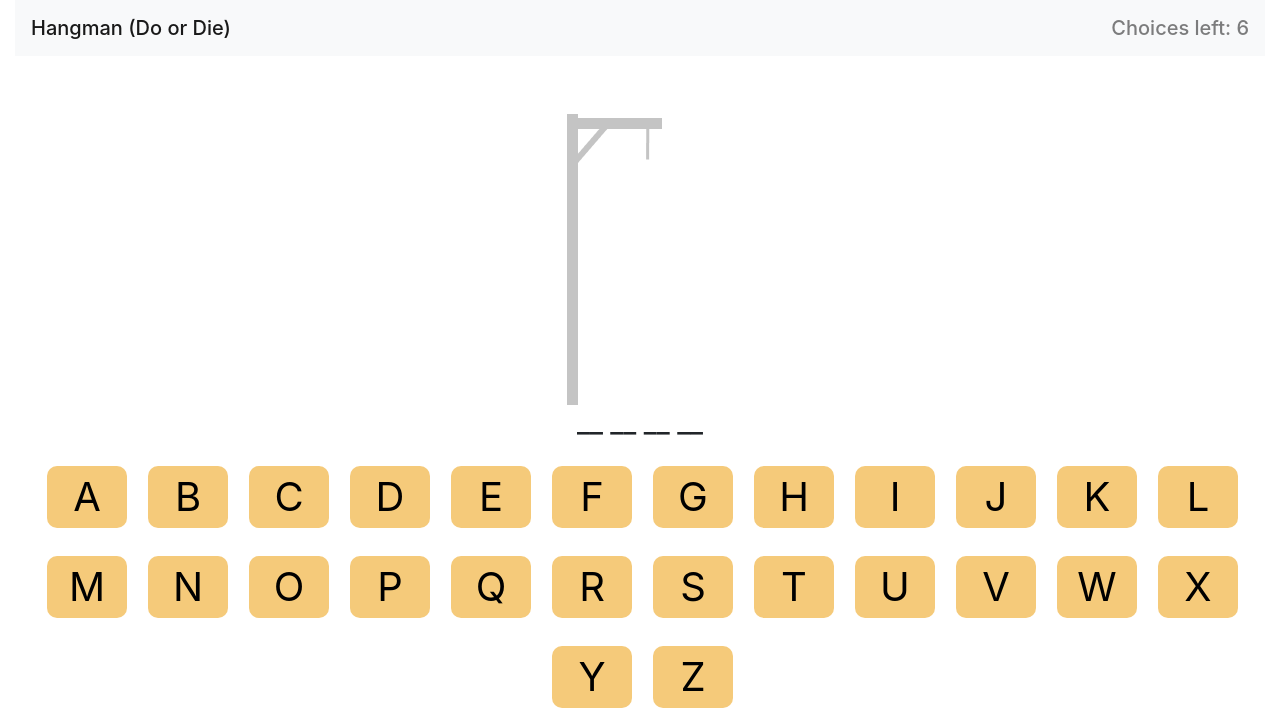
Repository: jatinhchanchlani/hangman
Page: /
An editor plug-in stored every save of this project. The page is shown before and after the next save, followed by the edit.
The browser window is 1280 px wide. The pictures show the whole page.
The project was rebuilt for these pictures with package versions that can differ from the ones it lists, and the page was loaded fresh each time. Also part of the build but not shown: src/App.css, src/components/playAgain.jsx.

Above is the page before, as saved 2020-10-25 21:07:50.

### src/index.js
import React from 'react';
import ReactDOM from 'react-dom';
import './index.css';
import App from './App';
import * as serviceWorker from './serviceWorker';
import 'bootstrap/dist/css/bootstrap.css';

ReactDOM.render( <
  React.StrictMode >
  <
  App / >
  <
  /React.StrictMode>,
  document.getElementById('root')
);

// If you want your app to work offline and load faster, you can change
// unregister() to register() below. Note this comes with some pitfalls.
// Learn more about service workers: https://bit.ly/CRA-PWA
serviceWorker.unregister();

### src/App.js
import React from 'react';
import './App.css';
import Game from './components/game';

function App() {
  return ( <
    Game / >
  );
}

export default App;

### src/components/game.jsx
import React, { Component } from "react";
import Header from "./header";
import PlayAgain from "./playAgain";
import { getOutputCharacters } from "../model/cities";
import OutputCharacters from "./outputCharacters";
import Hangman from "./image";
import InputCharacters from "./inputCharacters";

const MAX_CHOICES = 6;

class Game extends Component {
  state = {
    maxChoices: MAX_CHOICES,
    choicesLeft: MAX_CHOICES,
    outputCharacters: getOutputCharacters(),
    inputCharacters: this.getAllLetters(),
  };

  render() {
    return (
      <div className="container-fluid">
        <Header choicesLeft={this.state.choicesLeft} />

        <div className="text-center">
          <Hangman
            choicesLeft={this.state.choicesLeft}
            maxChoices={this.state.maxChoices}
          />
        </div>

        <div className="text-center">
          <OutputCharacters
            characters={this.state.outputCharacters}
            gameLost={this.gameLost()}
          />
        </div>

        <div className="text-center">
          <InputCharacters
            characters={this.state.inputCharacters}
            onClick={(character) => this.handleInputCharacterClicked(character)}
            gameWon={this.gameWon()}
            gameLost={this.gameLost()}
          />

          <PlayAgain
            gameWon={this.gameWon()}
            gameLost={this.gameLost()}
            onClick={() => this.handleReset()}
          />
        </div>
      </div>
    );
  }

  handleInputCharacterClicked(character) {
    if (character.canClick) {
      const { outputCharacters, inputCharacters, choicesLeft } = this.state;
      outputCharacters
        .filter((c) => c.value.toUpperCase() === character.value)
        .map((c) => (c.guessed = true));

      const letterMatch = outputCharacters.some(
        (c) => c.value.toUpperCase() === character.value
      );

      const choices = letterMatch ? choicesLeft : choicesLeft - 1;

      const l = inputCharacters.indexOf(character);
      inputCharacters[l].canClick = false;
      this.setState({
        choicesLeft: choices,
        inputCharacters: inputCharacters,
        outputCharacters: outputCharacters,
      });
    }
  }

  gameWon() {
    return this.state.outputCharacters.every((c) => c.guessed === true);
  }

  gameLost() {
    return this.state.choicesLeft === 0;
  }

  handleReset() {
    this.setState({
      maxChoices: MAX_CHOICES,
      choicesLeft: MAX_CHOICES,
      outputCharacters: getOutputCharacters(),
      inputCharacters: this.getAllLetters(),
    });
  }

  getAllLetters() {
    return Array(26)
      .fill()
      .map((_, index) => String.fromCharCode("A".charCodeAt(0) + index))
      .map((char) => ({ value: char, canClick: true }));
  }
}

export default Game;

### src/components/header.jsx
import React, { Component } from "react";

class Header extends Component {
  render() {
    return (
      <nav className="navbar navbar-light bg-light d-flex flex-column flex-sm-row">
        <span className="navbar-brand mb-0 h1">Hangman (Do or Die)</span>
        <span className="mb-0 h5 navbar-text nav-item">
          Choices left: {this.props.choicesLeft}
        </span>
      </nav>
    );
  }
}

export default Header;

### src/model/cities.js
const MIN = 0;
const MAX = 24;

const cities = {
    0: "Mumbai",
    1: "New Delhi",
    2: "Chennai",
    3: "Hyderabad",
    4: "Bengaluru",
    5: "Ahmedabad",
    6: "Jaipur",
    7: "Kolkata",
    8: "Lucknow",
    9: "Bhopal",
    10: "Chandigarh",
    11: "Patna",
    12: "Jabalpur",
    13: "Pune",
    14: "Surat",
    15: "Indore",
    16: "Kanpur",
    17: "Visakhapatnam",
    18: "Agra",
    19: "Varanasi",
    20: "Amritsar",
    21: "Udaipur",
    22: "Noida",
    23: "Ludhiana",
    24: "Gwalior",
}

// Returns a random number between min and max. Min and max are both inclusive
export function getRandomIntInclusive(min, max) {
    min = Math.ceil(min);
    max = Math.floor(max);
    return Math.floor(Math.random() * (max - min + 1) + min);
}

export function getOutputCharacters() {
    const city = cities[getRandomIntInclusive(MIN, MAX)];
    return [...city].map(c => ({
        value: c,
        guessed: false
    }));
}

### src/components/outputCharacters.jsx
import React, { Component } from "react";

class OutputCharacters extends Component {
  render() {
    const { characters, gameLost } = this.props;
    console.log(characters);
    return (
      <React.Fragment>
        <h3>{characters.map((c) => this.getCharacter(c, gameLost))}</h3>
      </React.Fragment>
    );
  }

  getCharacter(character, gameLost) {
    const emptySpace = "        ";
    if (character.value === " ") {
      return emptySpace;
    } else {
      if (character.guessed || gameLost) {
        return character.value.toUpperCase() + emptySpace;
      } else {
        return "__" + emptySpace;
      }
    }
  }
}

export default OutputCharacters;

### src/components/image.jsx
import React, { Component } from "react";

class Image extends Component {
  render() {
    const { choicesLeft, maxChoices } = this.props;
    const imagePath = maxChoices - choicesLeft + ".jpg";
    return <img src={require("../images/" + imagePath)} alt={imagePath} />;
  }
}

export default Image;

### src/components/inputCharacters.jsx
import React, { Component } from "react";
import "../css/letters.css";

class InputCharacters extends Component {
  render() {
    const { characters, gameWon, gameLost } = this.props;
    console.log(gameWon);
    if (gameWon || gameLost) {
      return null;
    } else {
      return characters.map((character) => (
        <button
          key={character.value}
          className="letter-button"
          style={{ backgroundColor: this.getBackground(character) }}
          onClick={() => this.props.onClick(character)}
        >
          {character.value}
        </button>
      ));
    }
  }

  getBackground(character) {
    if (character.canClick) {
      return "#f5ca7a";
    } else {
      return "Red";
    }
  }
}

export default InputCharacters;

### src/css/letters.css
.letter-button {
    border: none;
    font-family: inherit;
    font-size: 2.5rem;
    cursor: pointer;
    width: 5rem;
    margin: 18px 8px 10px 13px;
    letter-spacing: 0;
    outline: none !important;
    color: #000;
    border-radius: 10px;
}

.letter-button:hover {
    box-shadow: 0 12px 16px 0 rgba(0, 0, 0, 0.24), 0 17px 50px 0 rgba(0, 0, 0, 0.19);
}

Loaded but not shown: public/index.html (common file); src/index.css (common file); src/serviceWorker.js (common file)

After the next save:
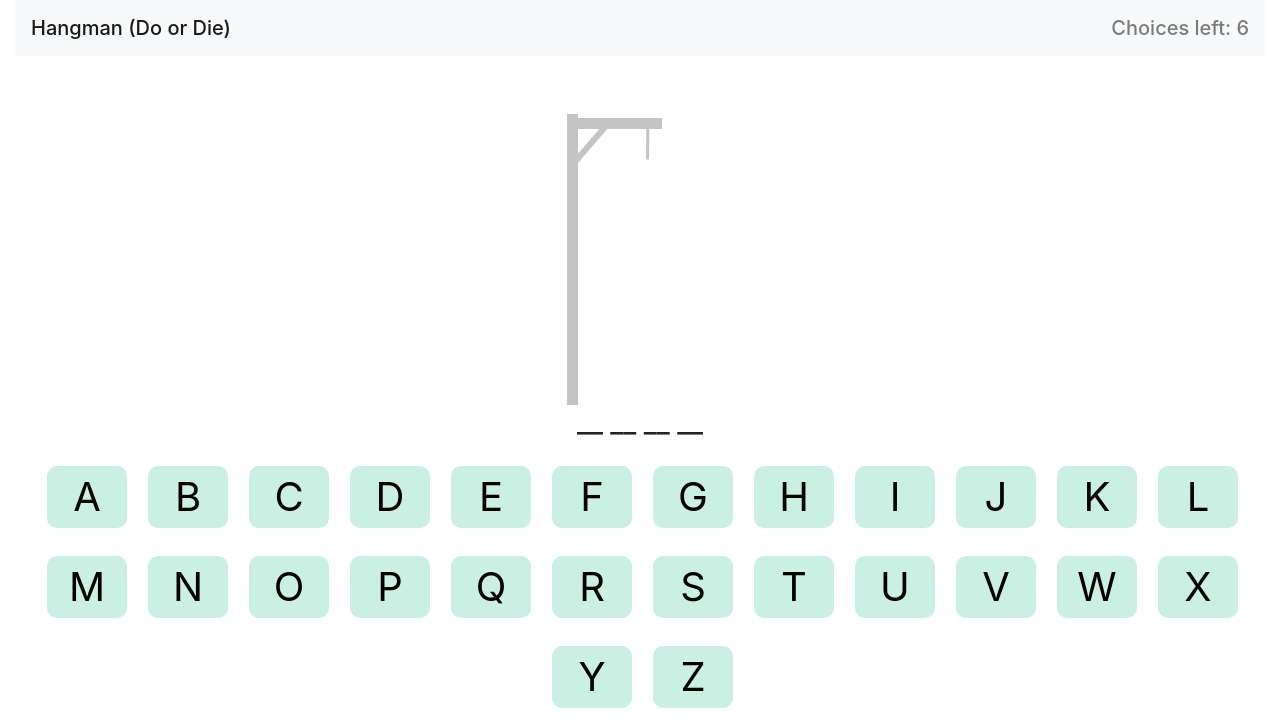
Saved 9 s later.
--- a/src/components/inputCharacters.jsx
+++ b/src/components/inputCharacters.jsx
@@ -23,7 +23,7 @@ class InputCharacters extends Component {
 
   getBackground(character) {
     if (character.canClick) {
-      return "#f5ca7a";
+      return "#c9f0e2";
     } else {
       return "Red";
     }
